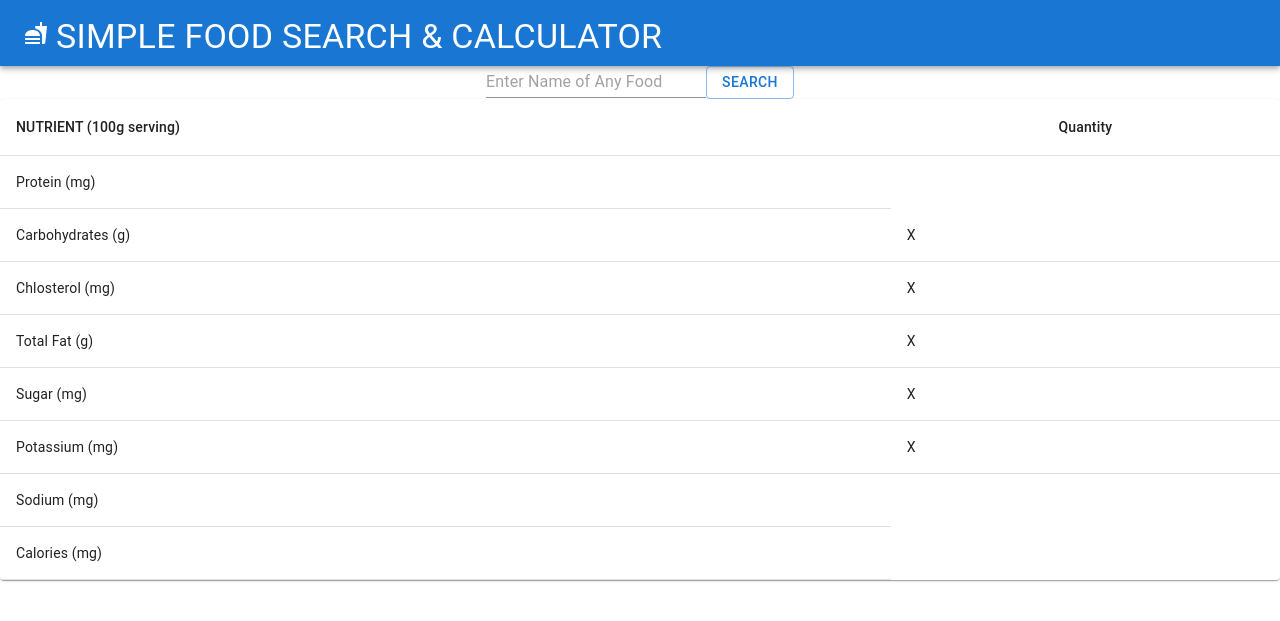
Repository: Mikerr21/Diet-Nutrition-API
Page: /
These files come from the project's save history. The page is drawn as it stood at one moment and after a run of saves; the edit follows.
The browser window is 1280 px wide. The pictures show the whole page.
The project was rebuilt for these pictures with package versions that can differ from the ones it lists, and the page was loaded fresh each time.

Above is the page before, as saved 2022-09-21 15:46:36.

### src/App.js
import React from "react";
import { useState } from "react";
import axios from "axios";
import AppBar from "@mui/material/AppBar";
import Box from "@mui/material/Box";
import Toolbar from "@mui/material/Toolbar";
import Typography from "@mui/material/Typography";
import IconButton from "@mui/material/IconButton";
import FastfoodIcon from "@mui/icons-material/Fastfood";
import { CssBaseline } from "@mui/material";
import { FastForward } from "@mui/icons-material";
import TextField from "@mui/material/TextField";
import Grid from "@mui/material/Grid";
import Button from "@mui/material/Button";
import { Input } from '@mui/material';
import Table from '@mui/material/Table';
import TableBody from '@mui/material/TableBody';
import TableCell from '@mui/material/TableCell';
import TableContainer from '@mui/material/TableContainer';
import TableHead from '@mui/material/TableHead';
import TableRow from '@mui/material/TableRow';
import Paper from '@mui/material/Paper';




/**
	 *
	 *
	 * Fetch nutrient information of a given food
	 */


function App() {
  const [name, setName] = useState('');
	const [res, setRes] = useState(null);
  const fetchNutrients = async e => {
    e.preventDefault();
    try {
      const res = await axios.get(`/api/nutrient`, {
        params: {
          name
        }
      });
      setRes(res.data.items[0]);
    } catch (err) {
      console.log(err);
    }
  };



  return (
    <div className="App">
      <CssBaseline />
      <AppBar position="static">
        <Toolbar variant="dense" color="black">
          <FastfoodIcon />
          <Box m={1} pt={1}>
            <Typography
              variant="h4"
              color="white"
              align="center"
              component="div"
            >
              SIMPLE FOOD SEARCH & CALCULATOR
            </Typography>
          </Box>
        </Toolbar>
      </AppBar>
      <Box
        display="flex"
        justifyContent="center"
        alignItems="center"
        minHeight="3vh"
      >

        <Input placeholder="Enter Name of Any Food" onChange={e => setName(e.target.value)}></Input>
        <Button
          onClick={fetchNutrients}
          sx={{
            height: 33,
          }}
          variant="outlined"
        >
          Search
        </Button>
      </Box>

    <Box
        display="flex"
        justifyContent="center"
        alignItems="center"
        minHeight="10vh"

      >
        <TableContainer component={Paper}>
      <Table sx={{ minWidth: 650 }} aria-label="simple table">
        <TableHead>
          <TableRow>
            <TableCell>NUTRIENT (100g serving)</TableCell>
            <TableCell align="center">Quantity</TableCell>
          </TableRow>
        </TableHead>
        <TableBody>
        <TableRow>
									<TableCell>
										Protein (mg)
									</TableCell>
								</TableRow>
                <TableRow>
									<TableCell>
										Carbohydrates (g)
									</TableCell>
                  <TableCell>
										X
									</TableCell>
								</TableRow>
                <TableRow>
									<TableCell>
										Chlosterol (mg)
									</TableCell>
                  <TableCell>
										X
									</TableCell>
								</TableRow>
                <TableRow>
									<TableCell>
										Total Fat (g)
									</TableCell>
                  <TableCell>
										X
									</TableCell>
								</TableRow>
                <TableRow>
									<TableCell>
										Sugar (mg)
									</TableCell>
                  <TableCell>
										X
									</TableCell>
								</TableRow>
                <TableRow>
									<TableCell>
										Potassium (mg)
									</TableCell>
                  <TableCell>
										X
									</TableCell>
								</TableRow>
                <TableRow>
									<TableCell>
										Sodium (mg)
									</TableCell>
								</TableRow>
        <TableRow>
									<TableCell>
										Calories (mg)
									</TableCell>
								</TableRow>
        </TableBody>
      </Table>
    </TableContainer>
      </Box>
    </div>
  );
}

export default App;

Loaded but not shown: public/index.html (common file); src/index.js (common file)

After the next 4 saves:
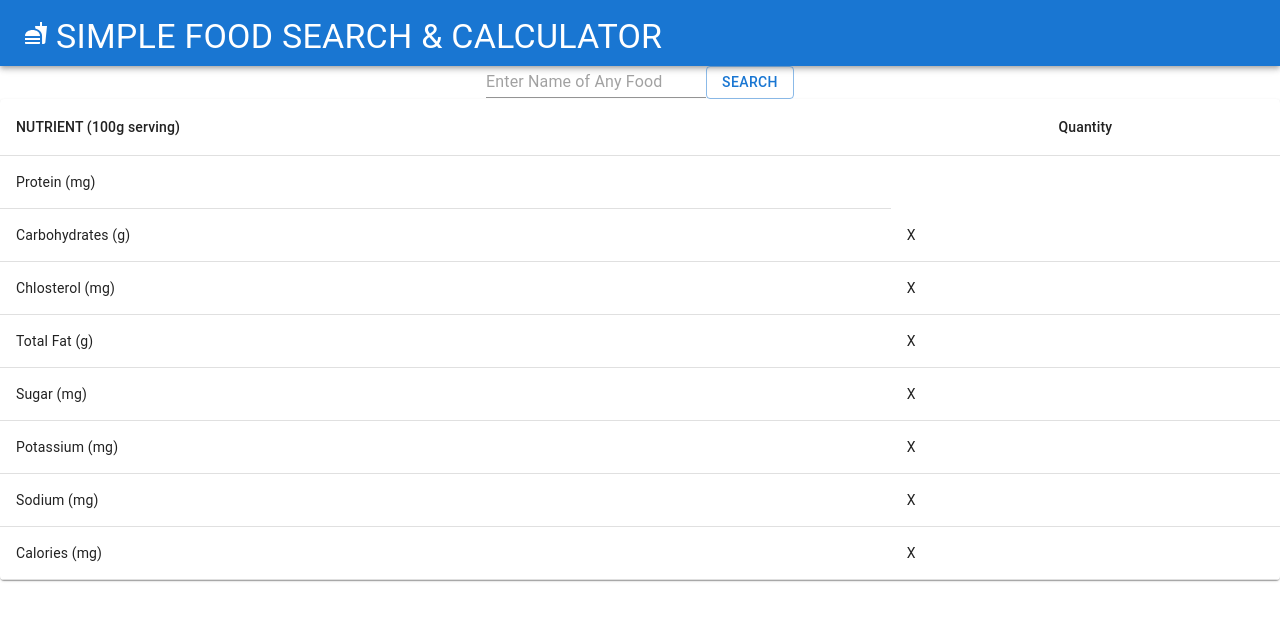
The 4 saves are shown as one change because they came seconds apart.
The last was saved 13 s later.
--- a/src/App.js
+++ b/src/App.js
@@ -152,10 +152,16 @@ function App() {
 									<TableCell>
 										Sodium (mg)
 									</TableCell>
+                  <TableCell>
+										X
+									</TableCell>
 								</TableRow>
         <TableRow>
 									<TableCell>
 										Calories (mg)
+									</TableCell>
+                  <TableCell>
+										X
 									</TableCell>
 								</TableRow>
         </TableBody>
